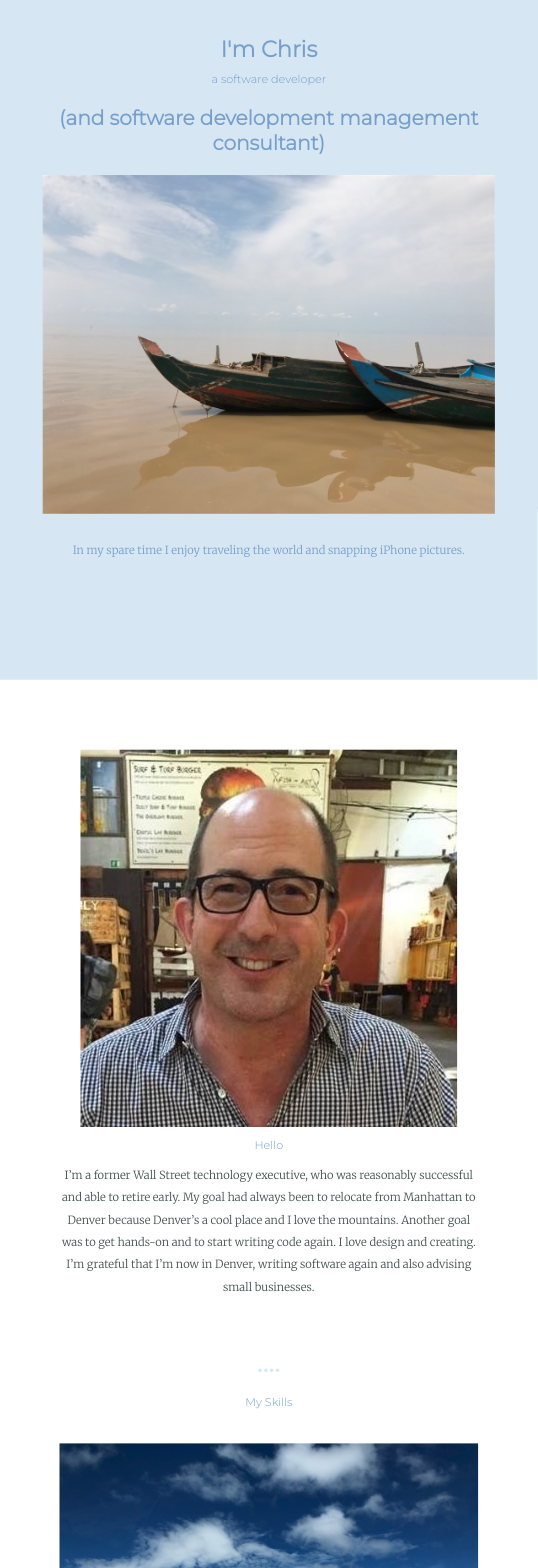
Repository: EpiTao-LLC/Personal_web_page
Page: index.html
An editor plug-in stored every save of this project. The page is shown before and after the next save, followed by the edit.
The browser window is 768 px wide. The pictures show the part of the page from y = 0 to 2240 px (the page is 5291 px tall before and 4935 px after), at 70% of full size.

Above is the page before, as saved 2021-08-13 15:37:30.

After the next save:
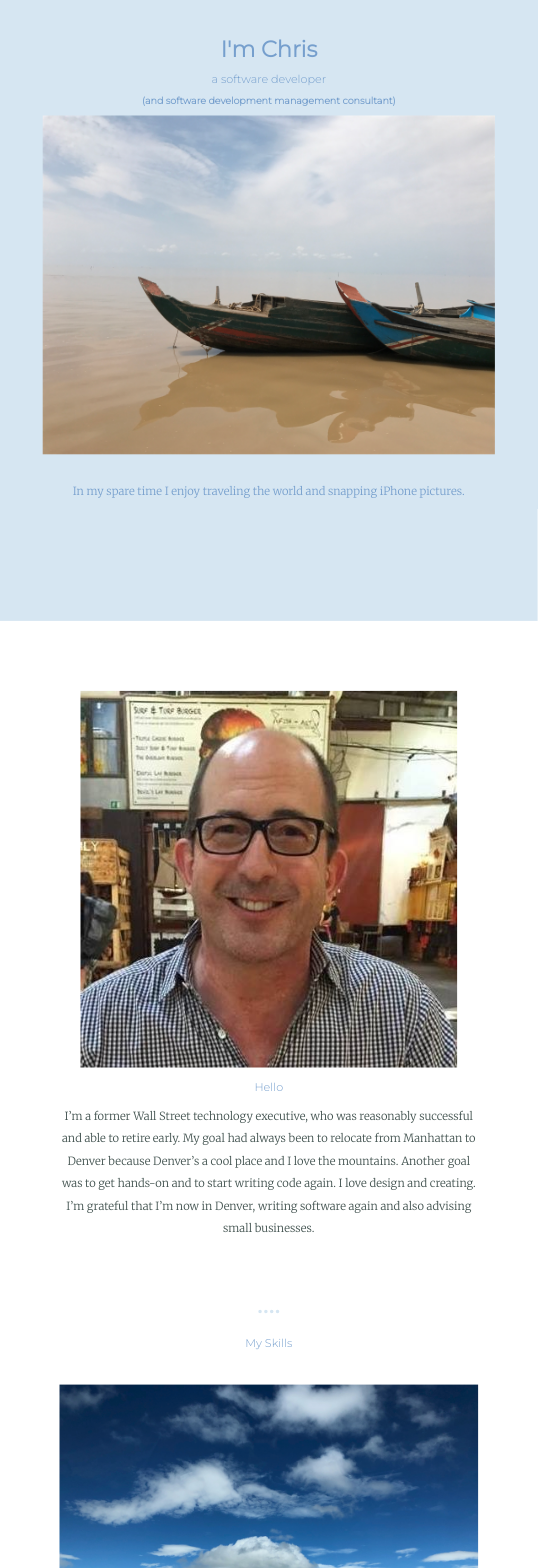
Saved 11 s later.
--- a/css/styles.css
+++ b/css/styles.css
@@ -237,7 +237,7 @@ a:hover{
         color: #769FCD
     }
     h3 {
-        font-size: 1.8rem;
+        font-size: .85rem;
         margin-left: 20px;
         margin-right: 20px;
     }
